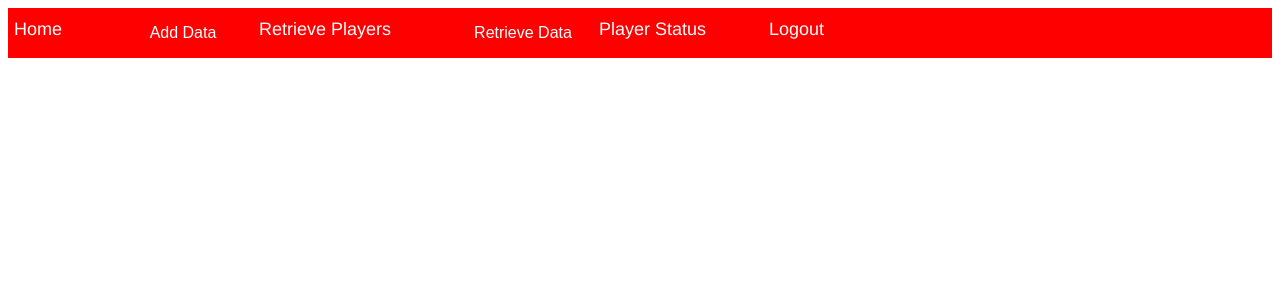
Repository: prm2711/javaapps
Page: http://localhost/Tournament/front.jsp
An editor plug-in stored every save of this project. The page is shown before and after the next save, followed by the edit.
The browser window is 1280 px wide. The pictures show the whole page.
The page is served by Tomcat 9. The session is filled in as if someone had signed in: {"name": "admin", "username": "admin"}. Other server files are loaded and not shown.

Above is the page before, as saved 2018-01-29 10:58:31.

### eclipse-workspace/Tournament/WebContent/front.jsp

<%@ page language="java" contentType="text/html; charset=ISO-8859-1"
	pageEncoding="ISO-8859-1"%>
<!DOCTYPE html PUBLIC "-//W3C//DTD HTML 4.01 Transitional//EN" "http://www.w3.org/TR/html4/loose.dtd">
<html>
<head>
<meta http-equiv="Content-Type" content="text/html; charset=ISO-8859-1">
<title>Home</title>
<link rel="stylesheet" type="text/css" href="css/front.css">
</head>
<body>
	<ul>

		<li class="home">
			<%
				if (session.getAttribute("name").equals("admin")) {
			%>
			<form method="post" action="home.jsp" class="form-button-home">
				<input class="button-add" type="submit" name="link" value="Home">
			</form>
			<%
				} else if (session.getAttribute("name").equals("user")) {
			%><form method="post" action="userhome.jsp" class="form-button-home">
				<input class="button-add" type="submit" name="link" value="Home">
			</form>
			<%
				}
			%>
		</li>
		<li class="drop"><div class="dropdown">
				<button class="dropbtn">Add Data</button>
				<div class="dropdown-content">
					<form method="post" action="inserttour.jsp" class="form-button">
						<input class="button-add" type="submit" name="link"
							value="Tournament">
					</form>
					<form method="post" action="insertplayer.jsp" class="form-button">
						<input class="button-add" type="submit" name="link" value="Player">
					</form>
					<form method="post" action="ListServlet" class="form-button">
						<input class="button-add" type="submit" name="link" value="Match">
					</form>
				</div>
			</div></li>

		<li class="retrieve"><form method="post"
				action="RetrievePlayerServlet" class="form-button">
				<input class="button-add" type="submit" value="Retrieve Players">
			</form></li>
		<li class="drop"><div class="dropdown">
				<button class="dropbtn">Retrieve Data</button>
				<div class="dropdown-content">
					<form method="post" action="RetrieveMatchServlet"
						class="form-button">
						<input class="button-add" type="submit" value="Match">
					</form>
					<form method="post" action="ListServlet" class="form-button-match">
						<input class="button-add" type="submit" name="link"
							value="Player vs Player">
					</form>
					<form method="post" action="ListServlet" class="form-button-match">
						<input class="button-add" type="submit" name="link"
							value="Player in Tournament">
					</form>
				</div>
			</div></li>

		<li class="retrieve"><form method="post"
				action="MostImprovedServlet" class="form-button">
				<input class="button-add" type="submit" value="Player Status">
			</form></li>

		<li class="logout"><form method="post" action="LogoutServlet"
				class="form-button">
				<input class="button-add" type="submit" value="Logout">
			</form></li>
	</ul>
</body>
</html>

### eclipse-workspace/Tournament/WebContent/css/front.css
@charset "ISO-8859-1";

ul {
	list-style-type: none;
	height: 50px;
	background-color: red;
	margin: 0;
	padding: 0;
	display: flex;
}

li {
	float: left;
	font-size: 20px;
	width: 150px;
}

.drop {
	width: 170px;
}

.home, .logout {
	width: 75px;
}

.addmatch,.addplayer {
	width: 120px;
}

.addtour,.retrieve {
	width: 170px;
	position: relative;
}

.twoplayers,.playertour {
	width: 190px;
}

.country {
	width: 250px;
}

.dropdown {
    position: relative;
    display: inline-block;
    width: 200px;
}

.dropbtn {
    background-color: red;
    color: white;
    padding: 16px;
    font-size: 16px;
    border: none;
    cursor: pointer;
    width: 200px;
    height: 50px;
}

.dropdown-content {
    display: none;
    position: absolute;
    background-color: orange;
    min-width: 160px;
    box-shadow: 0px 8px 16px 0px rgba(0,0,0,0.2);
    z-index: 1;
}

.dropdown-content form {
    color: black;
    padding: 12px 16px;
    text-decoration: none;
    display: block;
}

.button-add {
	display: block;
	border-style: none;
	color: white;
	text-decoration: none;
	border: 0px;
	background-color: red;
	font-family: Helvetica;
	font-size: 18px;
}

.dropdown-content form:hover {
	background-color: #f1f1f1;
}

.dropdown:hover .dropdown-content {
    display: block;
}

.dropdown:hover .dropbtn {
    background-color: #3e8e41;
}


li .form-button, li .form-button-match, li .form-button-home {
	color: white;
	text-align: center;
	text-decoration: none;
	font-size: 25px;
	padding-top: 10px;
}

li .button-add:hover {
	background-color: #555;
	color: white;
}

li .button-add:active {
	background-color: blue;
	color: white;
}

After the next save:
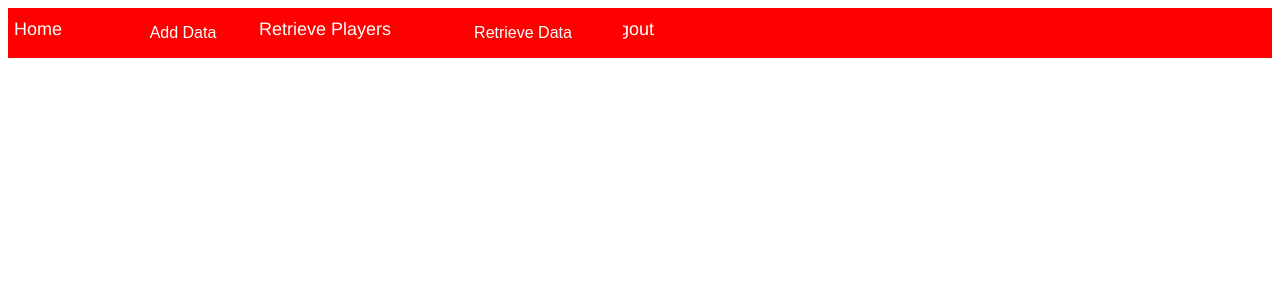
Saved 101 s later.
--- a/eclipse-workspace/Tournament/WebContent/front.jsp
+++ b/eclipse-workspace/Tournament/WebContent/front.jsp
@@ -65,11 +65,6 @@
 				</div>
 			</div></li>
 
-		<li class="retrieve"><form method="post"
-				action="MostImprovedServlet" class="form-button">
-				<input class="button-add" type="submit" value="Player Status">
-			</form></li>
-
 		<li class="logout"><form method="post" action="LogoutServlet"
 				class="form-button">
 				<input class="button-add" type="submit" value="Logout">
